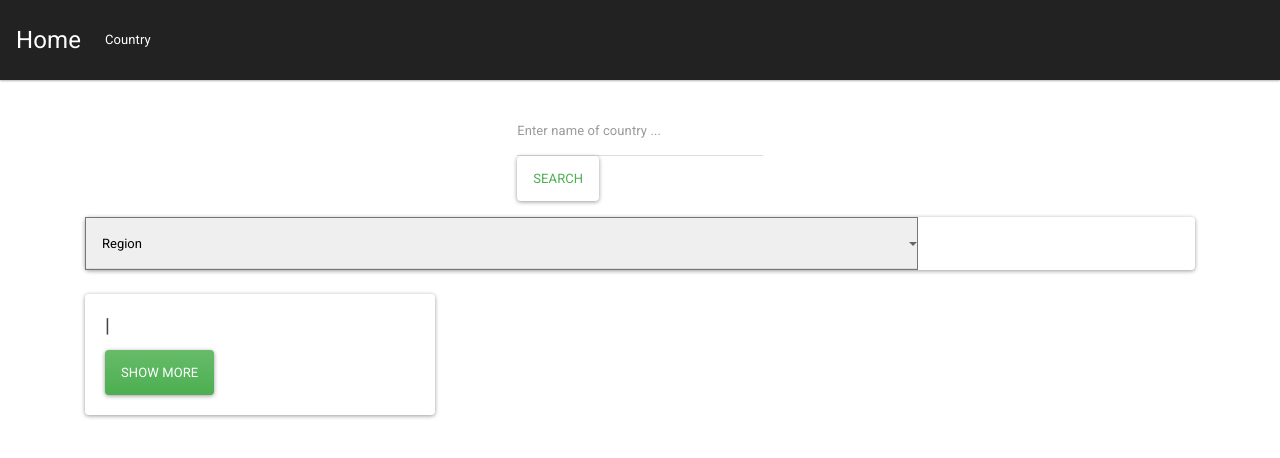
Repository: abdelhak-f/Countries_React
Page: / (app in client/)
These files come from the project's save history. The page is drawn as it stood at one moment and after the next save; the edit follows.
The browser window is 1280 px wide. The pictures show the whole page.
The page's requests for data from a server got no answer. The project was rebuilt for these pictures with package versions that can differ from the ones it lists, and the page was loaded fresh each time. No one was signed in, and anything a server would have sent is missing. Also part of the build but not shown: client/src/components/countrys/ProfilCountry.jsx.

Above is the page before, as saved 2021-05-12 11:05:55.

After the next save:
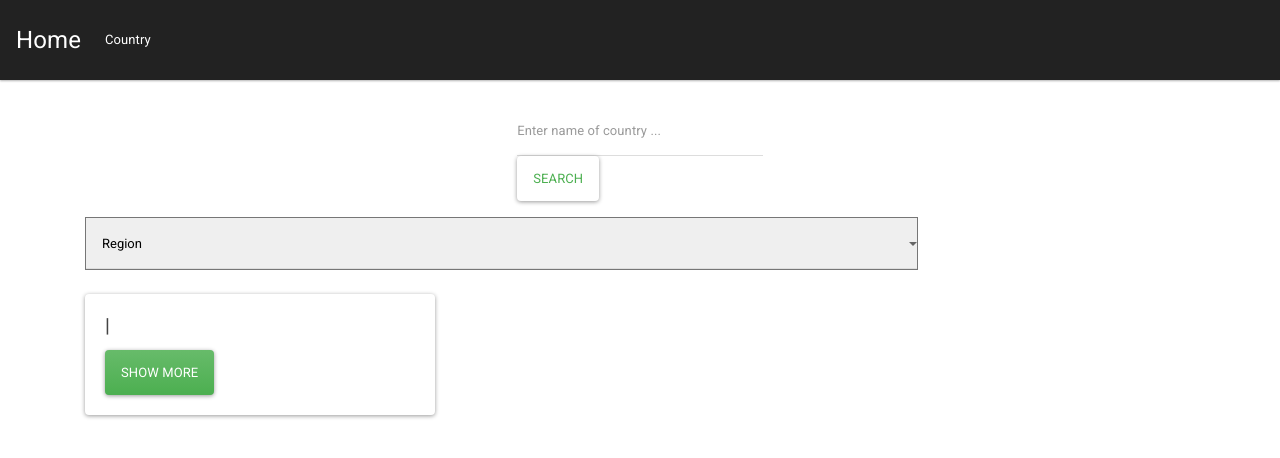
Saved 75 s later.
--- a/client/src/components/countrys/ContinentRegion.jsx
+++ b/client/src/components/countrys/ContinentRegion.jsx
@@ -27,9 +27,8 @@ import React, { useState, useEffect } from "react";
     console.log('code=>', input);
 
     return (
-        <div className= 'card select '>
-            <select name='name' onChange={e => setInput(e.target.value)}
-            className="form-select form-select-sm  w-75 p-3" aria-label=".form-select-sm example">
+        <div className= 'countainer select '>
+            <select name='name' onChange={e => setInput(e.target.value)} class="form-select form-select-sm  w-75 p-3" aria-label=".form-select-sm example">
                 <option selected>Region</option>
                 {/* <option value="All">All</option> */}
                 <option value="Africa">Africa</option>
@@ -37,7 +36,7 @@ import React, { useState, useEffect } from "react";
                 <option value="Europe">Europe</option>
                 <option value="Oceania">Oceania</option>
             </select>
-            <div className="  card-deck  ">
+            <div className=" card col-md-4 ">
                 {output.map((res, index) => (
                     <>
                         <div className='card my-2' key={index}>
